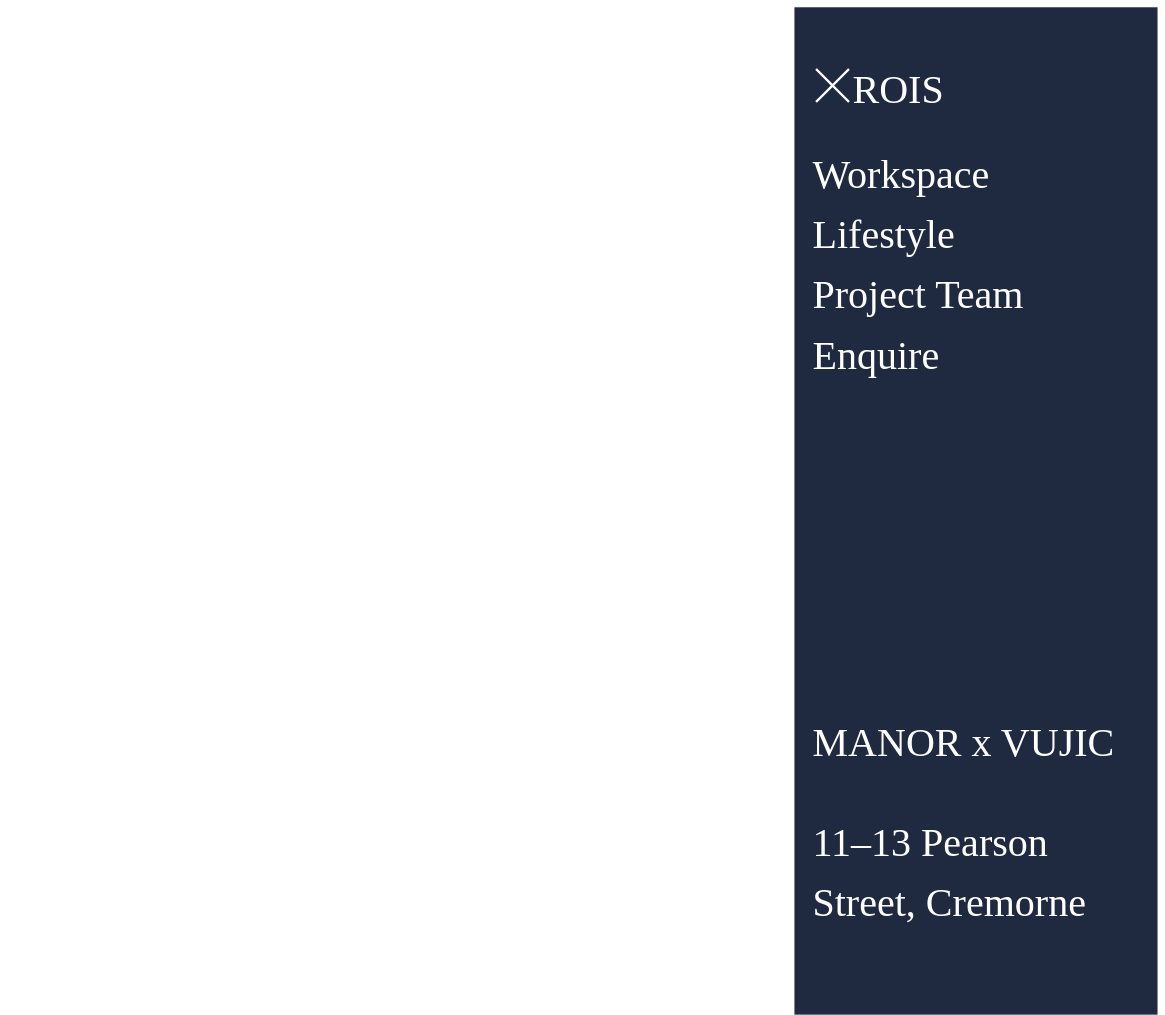
Repository: ThanhMai6507/Rois-Landing-Page
Page: index.html
An editor plug-in stored every save of this project. The page is shown before and after the next save, followed by the edit.
The browser window is 1280 px wide. The pictures show the whole page, at 91% of full size.

Above is the page before, as saved 2022-10-31 11:08:03.

After the next save:
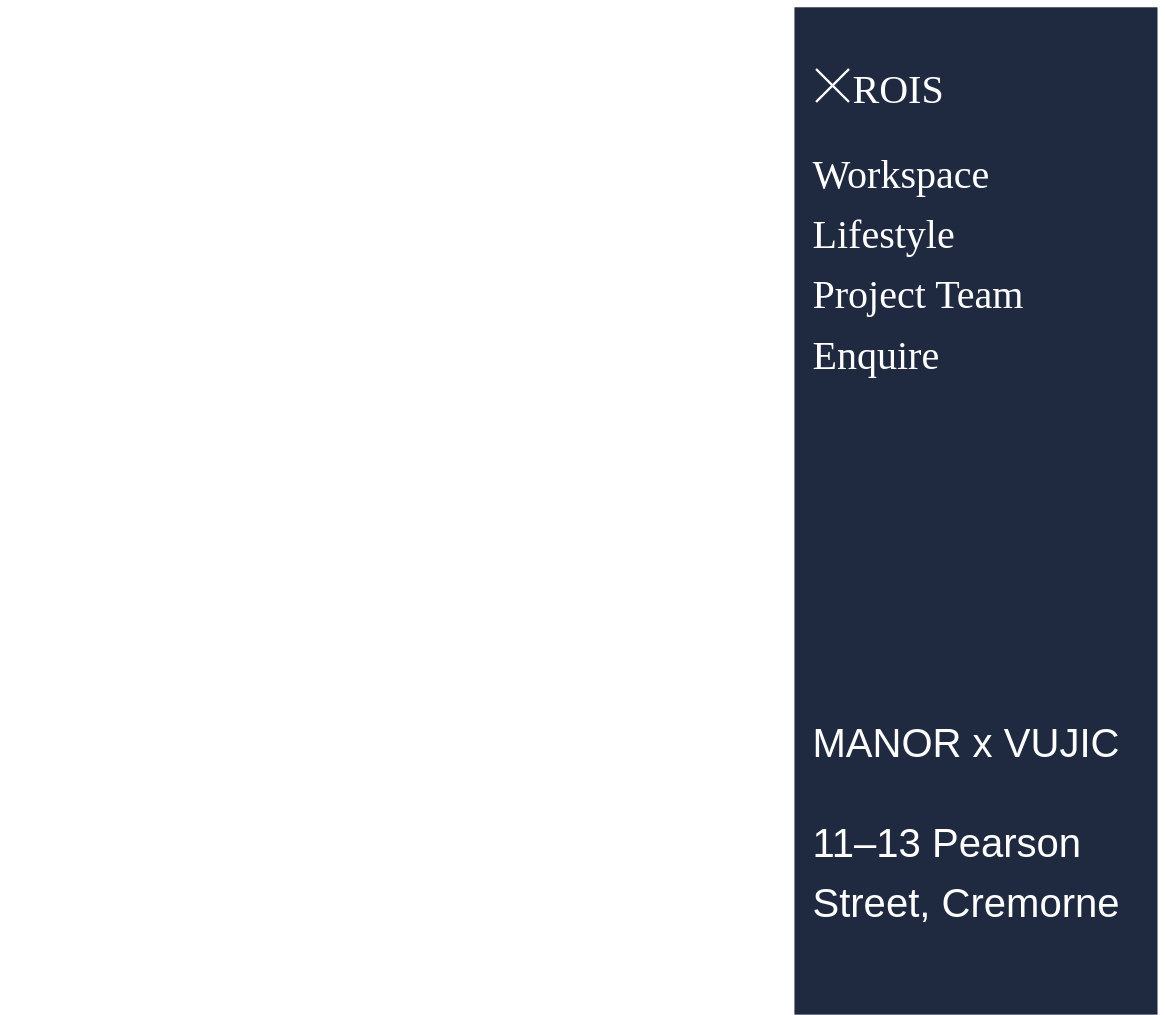
Saved 13 s later.
--- a/style.css
+++ b/style.css
@@ -28,5 +28,5 @@
 
 footer {
     margin-top: 95%;
-    font-family: serif;
+    font-family: Arial, Helvetica, sans-serif;
 }

After the 2 saves that followed:
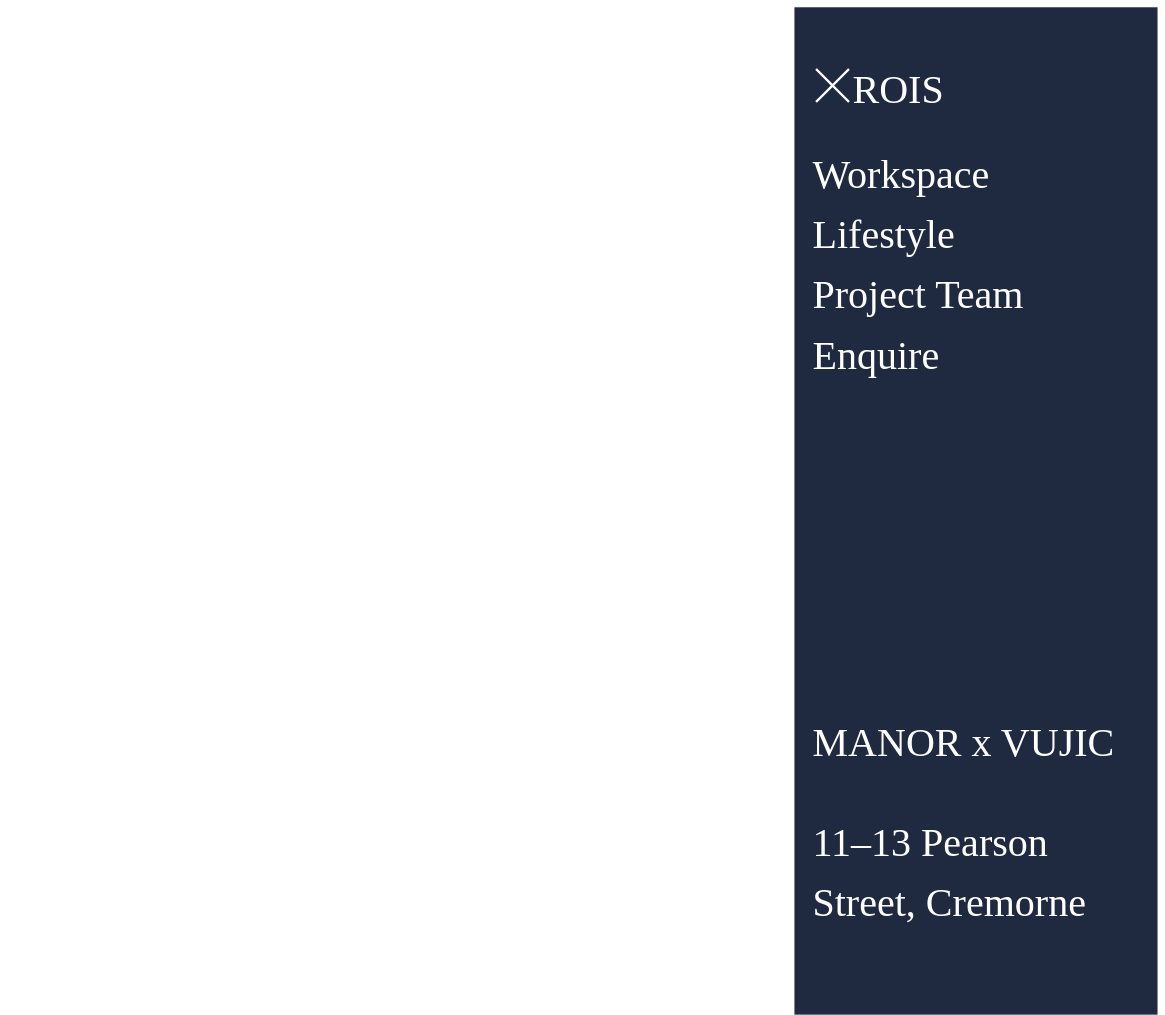
The 2 saves are shown as one change because they came seconds apart.
The last was saved 27 s later.
--- a/style.css
+++ b/style.css
@@ -28,5 +28,4 @@
 
 footer {
     margin-top: 95%;
-    font-family: Arial, Helvetica, sans-serif;
 }
